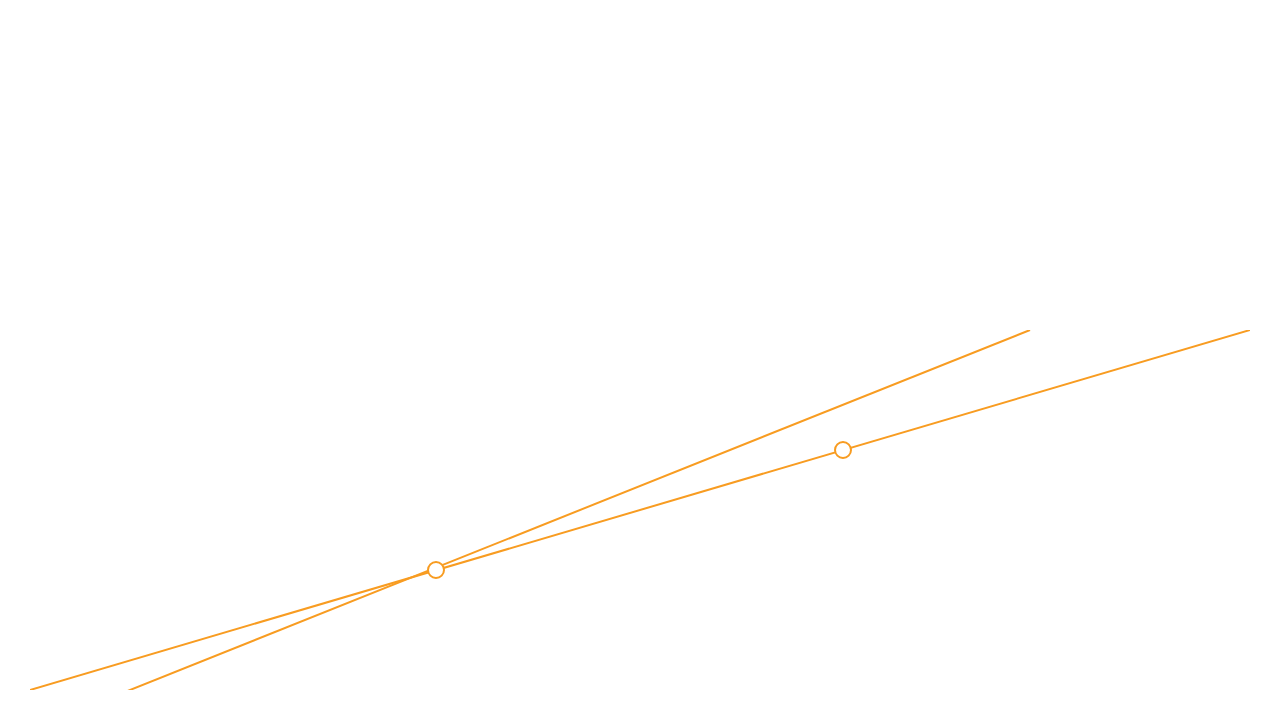
Repository: alinlinbo/yanling-resume-site
Page: svg.html
These files come from the project's save history. The page is drawn as it stood at one moment and after the next save; the edit follows.
The browser window is 1280 px wide. The pictures show the whole page.

Above is the page before, as saved 2023-09-22 17:41:34.

After the next save:
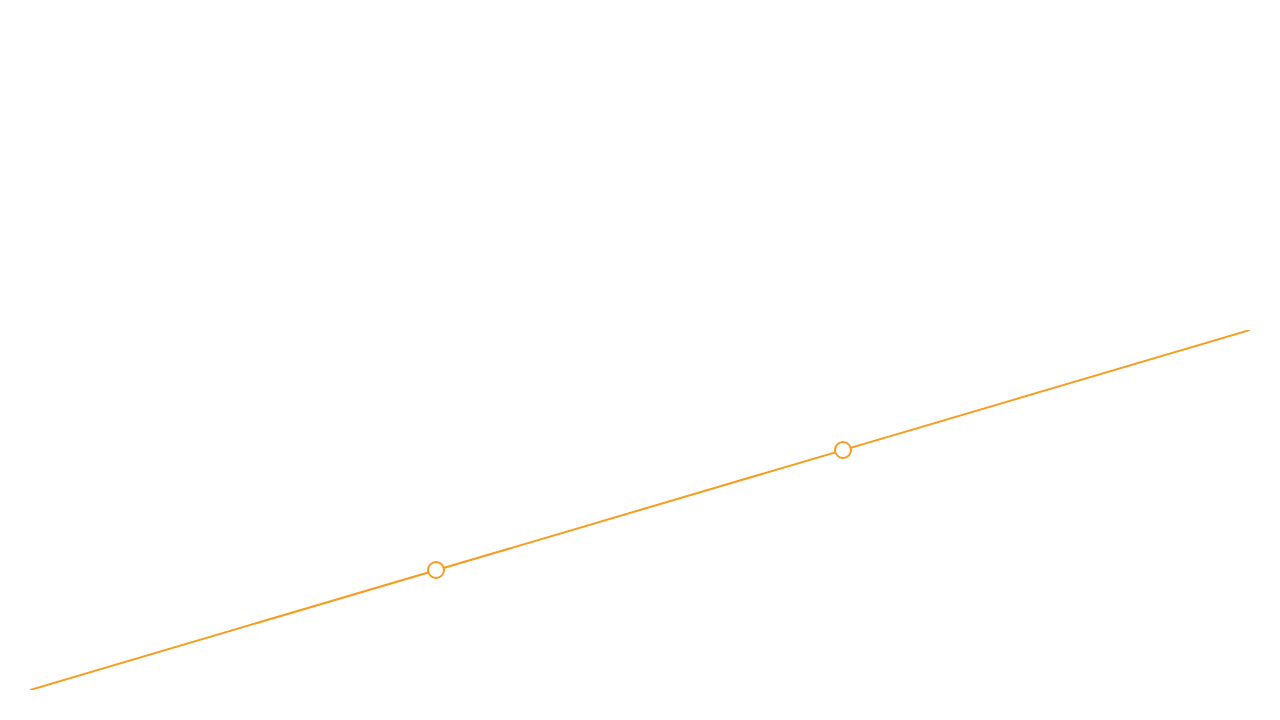
Saved 31 s later.
--- a/svg.html
+++ b/svg.html
@@ -50,7 +50,6 @@
         <svg>
             <!-- 三段直线 -->
             <path class="line" id="line" d="" stroke="#F89C21" stroke-width="2" fill="none" />
-            <path class="line" d="M 0 400 L 1000 0" stroke="#F89C21" stroke-width="2" fill="none" />
             <!-- 两个间隔小圆点 -->
             <circle class="d-none" id="c1" cx="200" cy="50" r="8" stroke="#F89C21" stroke-width="2" fill="white" />
             <circle class="d-none" id="c2" cx="100" cy="50" r="8" stroke="#F89C21" stroke-width="2" fill="white" />
